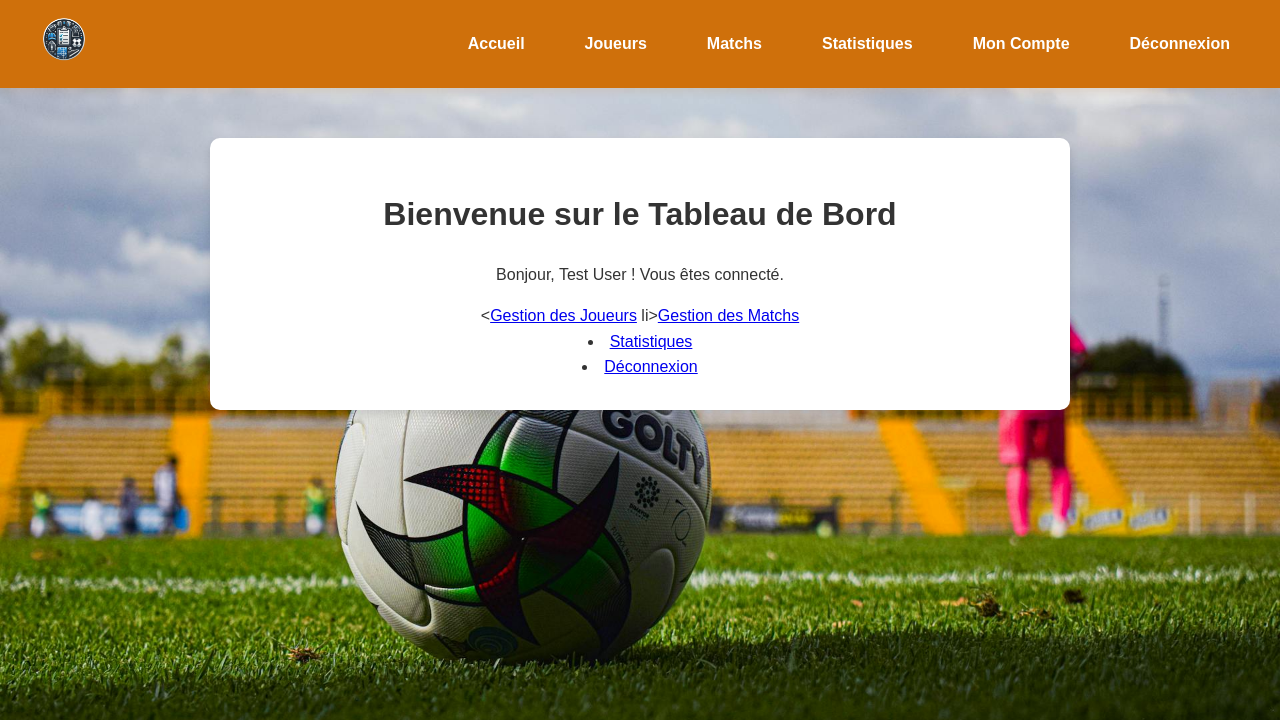
Repository: iisloomx/R401_MiniProjet
Page: http://localhost/views/dashboard.php
The author's editor kept a copy of each file at every save. The page is drawn from the files as they stood at one save, then again after a run of saves.
The browser window is 1280 px wide. The pictures show the whole page.
The page is run by PHP 8.4 with error messages shown; the project is at /var/www/html/. The session is filled in as if someone had signed in: {"id_utilisateur": 1, "utilisateur": "Test User"}.

Above is the page before, as saved 2025-01-19 04:24:32.

After the next 2 saves:
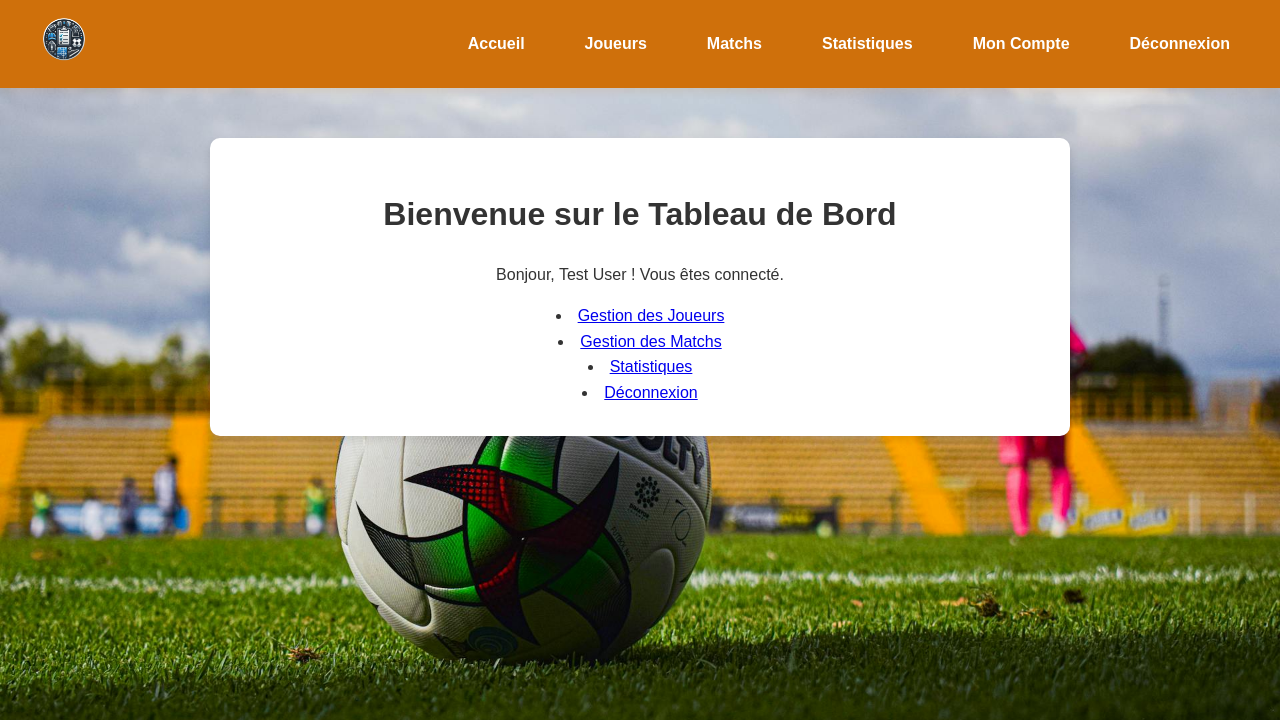
The 2 saves are shown as one change because they came seconds apart.
The last was saved 7 s later.
--- a/views/dashboard.php
+++ b/views/dashboard.php
@@ -29,8 +29,8 @@
             <?php endif; ?>
 
 
-                    <<a href="../controllers/JoueursController.php?action=liste">Gestion des Joueurs</a></li>
-                    li><a href="../controllers/MatchsController.php?action=liste">Gestion des Matchs</a></li>
+                    <li><a href="../controllers/JoueursController.php?action=liste">Gestion des Joueurs</a></li>
+                    <li><a href="../controllers/MatchsController.php?action=liste">Gestion des Matchs</a></li>
                     <li><a href="../controllers/StatistiquesController.php?action=index">Statistiques</a></li> <!-- Nouveau bouton -->
                     <li><a href="../controllers/DeconnexionController.php" class="deconnexion">Déconnexion</a></li>
 
